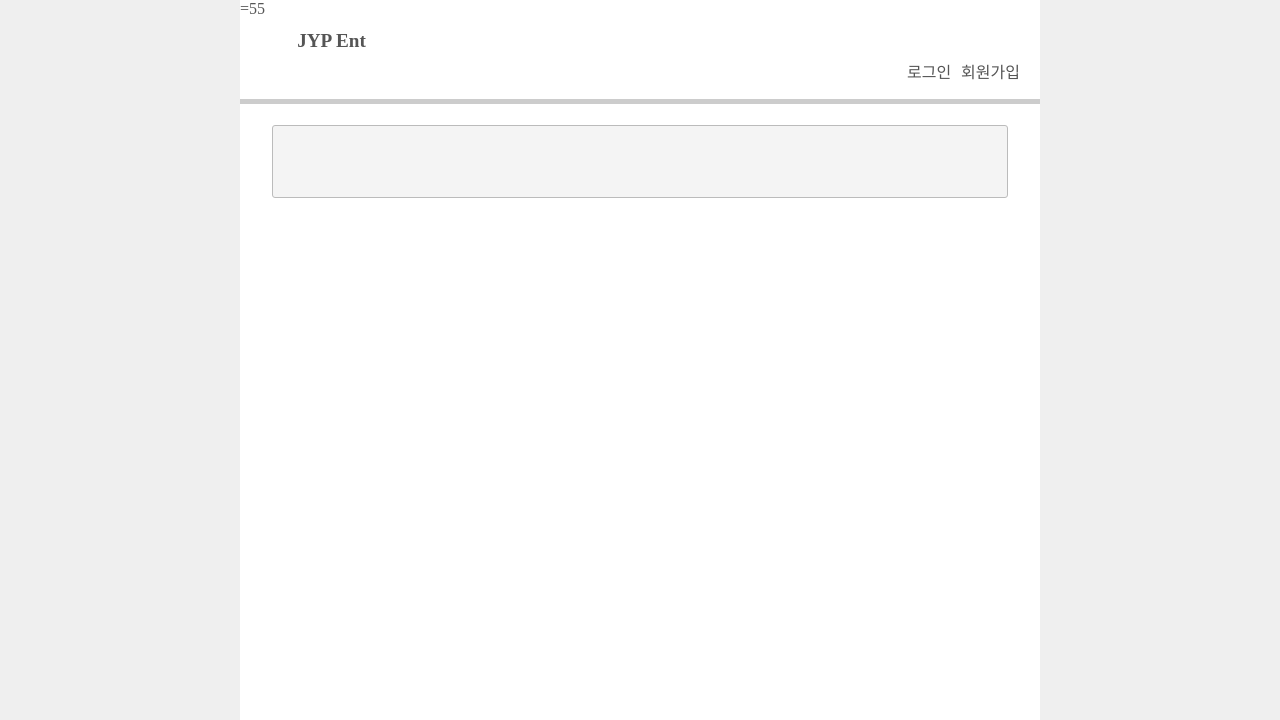
Repository: junyong231/JSP-SSIT
Page: http://localhost/jspPro/days01/ex03_04.jsp
An editor plug-in stored every save of this project. The page is shown before and after a run of saves, followed by the edit.
The browser window is 1280 px wide. The pictures show the whole page.
Some web fonts or font styles are not loaded; a fallback is used. The page is served by Tomcat 9. Nobody is signed in. The application's start-up code is not run. Other server files are loaded and not shown.

Above is the page before, as saved 2024-10-15 06:09:57.

### jspPro/src/main/webapp/days01/ex03_04.jsp
<%@ page contentType="text/html; charset=UTF-8" pageEncoding="UTF-8"%>


<%

String content = "";

int sum = 0;
for(int i = 1; i<=10 ; i++ ){
	sum += i;
	//out.write(i+"+");
	//out은 내장객체..

	content += i + "+";
}
out.write("=" + sum);

%>

<!DOCTYPE html>
<html>
<head>
<meta charset="UTF-8">
<title>Insert title here</title>
<link rel="shortcut icon" type="image/x-icon" href="http://localhost/jspPro/images/SiSt.ico">
<script src="https://ajax.googleapis.com/ajax/libs/jquery/3.7.1/jquery.min.js"></script>
<meta name="viewport" content="width=device-width, initial-scale=1.0">
<meta name="google" content="notranslate">
<link rel="stylesheet" href="http://localhost/jspPro/resources/cdn-main/example.css">
<script src="http://localhost/jspPro/resources/cdn-main/example.js"></script>
<style>
 span.material-symbols-outlined{
    vertical-align: text-bottom;
 }
</style>
</head>
<body>
<header>
  <h1 class="main"><a href="#" style="position: absolute;top:30px;">JYP Ent</a></h1>
  <ul>
    <li><a href="#">로그인</a></li>
    <li><a href="#">회원가입</a></li>
  </ul>
</header>
<div>
  <xmp class="code">

  </xmp>
    <p id="demo">


  </p>
</div>
</body>
</html>

### jspPro/src/main/webapp/resources/cdn-main/example.css
@charset "UTF-8";

@import url('https://fonts.googleapis.com/css2?family=Material+Symbols+Outlined:opsz,wght,FILL,GRAD@20..48,100..700,0..1,-50..200');

@font-face {
    font-family: 'GmarketSansMedium';
    src: url('https://cdn.jsdelivr.net/gh/projectnoonnu/noonfonts_2001@1.1/GmarketSansMedium.woff') format('woff');
    font-weight: normal;
    font-style: normal;
}

:root {
	--text-color: #555;
	--sub-text-color: #777;
	--back-color: #EFEFEF;
	--header-color: #444;
	--primary-color: #DEDEDE;
	--secondary-color: #EFEFEF;
	--default-width: 800px;
	--narrow-width: 500px;
	--wide-width: 1200px;
	--text-font: 'GmarketSansMedium';
	--icon-font: 'Material Symbols Outlined';
	--border-color: #CCC;
}

html, body {
	margin: 0;
	padding: 0;
}

html {
	background-color: var(--back-color);
	display: flex;
	justify-content: center;
	min-height: 100vh;
}

body, body.default {
	width: var(--default-width);
	background-color: white;
	padding-bottom: 120px;
}

body.wide {
	width: var(--wide-width);
}

body.narrow {
	width: var(--narrow-width);
}



body, p, div, span, a, input, select, option, textarea, button, table, th, td, label, fieldset, legend {
	font-family: var(--text-font);
	color: var(--text-color);
}

h1, h2, h3 {
	font-family: var(--text-font);
	color: var(--header-color);
	padding: 0 1rem;
	padding-top: .5rem;
}

div > h1, div > h2, div > h3 {
	padding: 0;
}

body > div, body > main > div {
	padding: 0.3rem 1rem;
}


h1 { font-size: 2rem; border-bottom: 1px solid var(--border-color); }
h1 small { font-size: 1.2rem; color: var(--sub-text-color); }
h2 { font-size: 1.5rem; border-bottom: 1px dashed var(--border-color); }
h2 small { font-size: 1.1rem; color: --sub-text-color; }
h3 { font-size: 1.2rem; }
h3 small { font-size: 1rem; color: --sub-text-color; }



h1.main::before {
	font-family: var(--icon-font);
  	content: '\e666';
  	margin-right: 10px;
  	float: left;
	font-size: 2.5rem;
}

h1.sub::before {
	font-family: var(--icon-font);
  	content: '\ea19';
  	margin-right: 10px;
  	float: left;
	font-size: 2.5rem;
}


h1.page::before {
	font-family: var(--icon-font);
  	content: '\e0e0';
  	margin-right: 10px;
  	float: left;
	font-size: 2.5rem;
}

body > header > ul > li > .active{
	background-color: #FFF;
	color:#F00;
}

body > header {
	display: flex;
	justify-content: space-between;
	border-bottom: 5px solid var(--border-color);
	min-height: 74px;
	background-color: #FFF;
}

body > header.sticky {
	position: sticky;
	top: 0;
	z-index: 98;
}

body > header > h1 {
	font-size: 1.2rem;
	border: 0;
}

body > header.in > h1::before {
	font-family: var(--icon-font);
  	content: '\e332‥';
  	margin-right: 3px;
  	float: left;
	font-size: 2rem;
}


body > header > ul {
	list-style-type: none;
	display: flex;
	align-items: flex-end;
	margin-right: 10px;
}

body > header > ul > li {
	margin-right: 10px;
	cursor: pointer;
}

body > header > ul > li > a {
	cursor: pointer;
}


form {
	display: block;
}

form > div {
	padding: 0.3rem 1rem;
}

div > form > div {
	padding: 0.3rem 0;
}

input, textarea, button, select {
	border: 1px solid #BBB;
	border-radius: 3px;
	outline: none;
	resize: none;
	padding: 7px;
	margin: 0;
}

input[type=text]:read-only, textarea:read-only {
	cursor: not-allowed;
	background-color: #FFF;
}

input[type=text]:disabled, textarea:disabled {
	cursor: not-allowed;
	background-color: #EEE;
}

input[type=text], input[type=password], textarea, button, select {
	/* width: 300px; */
}

textarea {
	display: block;
	height: 100px;
}

input[type=button], input[type=submit], button {
	/* width: inherit; */
}

input.short, textarea.short, button.short, select.short {
	width: 100px;
}

input.long, textarea.long, button.long, select.long {
	width: 350px;
}

.narrow input.long, .narrow textarea.long, .narrow button.long, .narrow select.long {
	width: calc(100% - 20px);
}

input.full, textarea.full, button.full, select.full {
	width: calc(100% - 20px);
}

textarea.short {
	height: 50px;
}

textarea.long {
	height: 100px;
}

textarea.full {
	height: 200px;
}

input, textarea {
	padding-top: 8px;
}

input[type=button], input[type=submit], button {
	padding: 5px 10px;
	background-color: var(--secondary-color);
	cursor: pointer;
	min-height: 36px;
}

input[type=button].primary, input[type=submit].primary, button.primary {
	/* background-color: rgba(100, 149, 237, .2); */
	background-color: var(--primary-color);
}

input[type=button].primary:hover, input[type=submit].primary:hover, button.primary:hover {
	/* background-color: rgba(100, 149, 237, .3); */
	background-color: var(--secondary-color);
}

input[type=button]:hover, input[type=submit]:hover, button:hover {
	background-color: var(--primary-color);
}

button {
	position: relative;
	left: 0;
	top: 0;
	padding-left: 35px;
}

button .material-symbols-outlined {
	position: absolute;
	left: 10px;
	top: 4px;
}

/* k2nik add */
button.login::before {
	font-family: var(--icon-font);
  	content: '\ea77';
	position: absolute;
	left: 11px;
	top: 4px;
	font-size: 1.25rem;
}

/* k2nik logout */
button.logout::before {
	font-family: var(--icon-font);
  	content: '\e9ba';
	position: absolute;
	left: 11px;
	top: 4px;
	font-size: 1.25rem;
}

/* k2nik help */
button.help::before {
	font-family: var(--icon-font);
  	content: '\f1c0';
	position: absolute;
	left: 11px;
	top: 4px;
	font-size: 1.25rem;
}

button.add::before{
	font-family: var(--icon-font);
  	content: '\e746';
	position: absolute;
	left: 11px;
	top: 4px;
	font-size: 1.25rem;
}

button.back::before {
	font-family: var(--icon-font);
  	content: '\e166';
	position: absolute;
	left: 11px;
	top: 4px;
	font-size: 1.25rem;
}

button.list::before {
	font-family: var(--icon-font);
  	content: '\e0ee';
	position: absolute;
	left: 11px;
	top: 4px;
	font-size: 1.25rem;
}


button.del::before {
	font-family: var(--icon-font);
  	content: '\e872';
	position: absolute;
	left: 11px;
	top: 4px;
	font-size: 1.25rem;
}


button.edit::before {
	font-family: var(--icon-font);
  	content: '\e745';
	position: absolute;
	left: 11px;
	top: 4px;
	font-size: 1.25rem;
}


button.login::before {
	font-family: var(--icon-font);
  	content: '\ea77';
	position: absolute;
	left: 11px;
	top: 4px;
	font-size: 1.25rem;
}


button.logout::before {
	font-family: var(--icon-font);
  	content: '\e9ba';
	position: absolute;
	left: 11px;
	top: 4px;
	font-size: 1.25rem;
}


button.in::before {
	font-family: var(--icon-font);
  	content: '\f71a';
	position: absolute;
	left: 11px;
	top: 4px;
	font-size: 1.25rem;
}


button.out::before {
	font-family: var(--icon-font);
  	content: '\f70e';
	position: absolute;
	left: 11px;
	top: 4px;
	font-size: 1.25rem;
}


button.reply::before {
	font-family: var(--icon-font);
  	content: '\e15e';
	position: absolute;
	left: 11px;
	top: 4px;
	font-size: 1.25rem;
}


button.comment::before {
	font-family: var(--icon-font);
  	content: '\e0b9';
	position: absolute;
	left: 11px;
	top: 4px;
	font-size: 1.25rem;
}


button.modal::before {
	font-family: var(--icon-font);
  	content: '\e89e';
	position: absolute;
	left: 11px;
	top: 4px;
	font-size: 1.25rem;
}


button.ok::before {
	font-family: var(--icon-font);
  	content: '\e86c';
	position: absolute;
	left: 11px;
	top: 4px;
	font-size: 1.25rem;
}


button.cancel::before {
	font-family: var(--icon-font);
  	content: '\e5c9';
	position: absolute;
	left: 11px;
	top: 4px;
	font-size: 1.25rem;
}

button.search::before {
	font-family: var(--icon-font);
  	content: '\e8b6';
	position: absolute;
	left: 11px;
	top: 4px;
	font-size: 1.25rem;
}

button.home::before {
	font-family: var(--icon-font);
  	content: '\e88a';
	position: absolute;
	left: 11px;
	top: 4px;
	font-size: 1.25rem;
}


button.sidebar::before {
	font-family: var(--icon-font);
  	content: '\f7e4';
	position: absolute;
	left: 11px;
	top: 4px;
	font-size: 1.25rem;
}


button.sidebar-right::before {
	font-family: var(--icon-font);
  	content: '\f7e5';
	position: absolute;
	left: 11px;
	top: 4px;
	font-size: 1.25rem;
}




button::before {
	font-family: var(--icon-font);
  	content: '\e323';
	position: absolute;
	left: 11px;
	top: 4px;
	font-size: 1.25rem;
}


table {
	border-collapse: collapse;
	margin: 1rem;
	box-sizing: border-box;
	width: calc(100% - 32px);
}

table.content {
	width: auto;
}

div > table {
	margin: 0;
}

table th, table td {
	border: 1px solid var(--border-color);
	padding: 7px;
	font-weight: normal;
}

table th {
	background-color: var(--back-color);
}

table.vertical th {
	width: 150px;
}

table.vertical td {
	width: calc(100% - 182px);
	padding-left: 10px;
}

table.content td, table.content th {
	width: auto;
}

body.narrow table.vertical th {
	width: 100px;
}

body.narrow table.vertical td {
	width: calc(100% - 182px);
}


table + table {
	margin-top: 30px;
}


p {
	padding: 0 1rem;
}

a {
	text-decoration: none;
}

a:hover {
	color: rgba(255, 99, 71, .7);
}

hr {
	border: 0;
	border-top: 1px solid var(--border-color);
	margin: 2rem 0;
}

.message {
	border: 1px solid var(--border-color);
	background-color: #EFEFEF;
	margin: 1rem;
	width: auto;
	padding-top: 10px;
	padding-bottom: 10px;
	font-size: 14px;
}

.message[title]::before {
	content: attr(title);
	display: block;
	border-bottom: 1px solid var(--border-color);
	padding-bottom: 5px;
	margin-bottom: 10px;
	margin-top: 7px;
}

.message.short {
	max-width: 250px;
}

.message.long {
	max-width: 500px;
}

.badge {
	float: right;
	font-size: .8rem;
	margin-top: 2px;
	margin-right: 2px;
	text-shadow: 0 0 7px gray;
}

.badge.left {
	float: none;
	margin-left: 2px;
}

.badge.right {
	float: right;
}

.badge.red {
	border-radius: 50%;
	padding: 2px 5px;
	background-color: rgb(255, 99, 71, .3);
}

.badge.yellow {

	border-radius: 50%;
	padding: 2px 5px;
	background-color: rgb(255, 215, 0, .5);
}

.badge.blue {
	border-radius: 50%;
	padding: 2px 5px;
	background-color: rgb(100, 149, 237, .3);
}

label + label {
	margin-left: 7px;
}

label input[type=checkbox], label input[type=radio] {
	transform: translate(0, 1px);
}

.group {
	display: flex;
}

.modal-content .group {
	margin-bottom: .5rem;
}

.group label {
	border: 1px solid #BBB;
	border-radius: 3px;
	outline: none;
	resize: none;
	padding: 7px 14px;
	margin: 0;
	border-top-right-radius: 0;
	border-bottom-right-radius: 0;
	background-color: #EFEFEF;
	white-space: nowrap;
	font-size: 14px;
}

.group input[type=text] {
	margin-left: -1px;
	border-top-left-radius: 0;
	border-bottom-left-radius: 0;
}

.group select {
	margin-left: -1px;
	border-top-left-radius: 0;
	border-bottom-left-radius: 0;
}

.group input.full[type=text] {
	margin-left: -1px;
	border-top-left-radius: 0;
	border-bottom-left-radius: 0;
	width: 100%;
}

.group input[type=button]:first-child, .group button:first-child {
	border-top-left-radius: 3px;
	border-bottom-left-radius: 3px;
	margin-left: 0px;
}

.group input[type=button], .group button {
	border-radius: 0;
	margin-left: -1px;
}

.group input[type=button]:last-child, .group button:last-child {
	margin-left: -1px;
	border-top-right-radius: 3px;
	border-bottom-right-radius: 3px;
}

.seperate {
	display: flex;
	justify-content: space-between;
}

div.list {
	width: max-content;
	margin: 1rem;
	border: 1px solid #BBB;
	border-radius: 3px;
	padding: 0;
}

div.list.full {
	width: auto;
	display: block;
	margin: 1rem;
	border: 1px solid #BBB;
	border-radius: 3px;
	padding: 0;
}

div.list > div {
	padding: .5rem 1rem;
	margin: 0;
	border-bottom: 1px solid #BBB;
}

div.list > div:last-child {
	border-bottom: 0;
}

pre.code , xmp.code{
	font-family: consols;
	background-color: rgba(150, 150, 150, .1);
	border: 1px solid #BBB;
	border-radius: 3px;
	padding: .5rem 1rem;
	padding-bottom: .6rem;
	margin: 1rem;
}




*[data-modal-window] {
	position: fixed;
	background-color: rgba(0, 0, 0, .3);
	left: 0;
	top: 0;
	display: none;
	justify-content: center;
	align-items: flex-start;
	width: 100%;
	min-height: 100vh;
	z-index: 100;
	opacity: 0;
	transition: 500ms all;
}

*[data-modal-window] .modal-container {
	border-radius: 5px;
	padding: 1rem;
	padding-bottom: .5rem;
	margin-top: -500px;
	opacity: 0;
	width: 500px;
	background-color: #FFF;
	margin-right: 2rem;
	transition: 500ms all;
}

*[data-modal-size=content] .modal-container {
	width: auto;
}

*[data-modal-size=narrow] .modal-container {
	width: 300px;
}

*[data-modal-size=wide] .modal-container {
	width: 760px;
}


*[data-modal-window] .modal-header {
	border-bottom: 1px solid var(--border-color);
	padding: 2px 5px;
}

*[data-modal-window] .modal-content {
	padding: 1rem 5px;
}

*[data-modal-window] .modal-content div:last-child {
	margin-top: 1rem;
	text-align: right;
}



*[data-sidebar-window] {
	position: fixed;
	background-color: #FFF;
	left: 0;
	top: 0;
	display: block;
	width: 300px;
	border-right: 1px solid var(--border-color);
	box-sizing: border-box;
	box-shadow: 0 0 3px var(--back-color);
	min-height: 100vh;
	z-index: 99;
	transform: translate(-300px, 0);
	transition-duration: 500ms;
	transition-property: transform;
}

*[data-sidebar-direction=right] {
	left: auto;
	right: 0;
	transform: translate(300px, 0);
	border-left: 1px solid var(--border-color);
}

*[data-sidebar-size=wide] {
	width: 500px;
	transform: translate(-500px, 0);
}

*[data-sidebar-window] .sidebar-title {
	border-bottom: 1px solid var(--border-color);
	margin-top: 20px;
	margin-bottom: 20px;
	padding-bottom: 5px;
	display: flex;
	justify-content: space-between;
}

*[data-sidebar-window] .sidebar-title span:last-child {
	cursor: pointer;
}


/* K2Nik pagination */
.center {
  text-align: center;
}

.pagination {
  display: inline-block;
}

.pagination a {
  color: black;
  float: left;
  padding: 3px 6px;
  text-decoration: none;
  transition: background-color .3s;
  border: 1px solid #ddd;
  margin: 0 3px;
}

.pagination a.active {
  background-color: #4CAF50;
  color: white;
  border: 1px solid #4CAF50;
}

.pagination a:hover:not(.active) {background-color: #ddd;}

### jspPro/src/main/webapp/resources/cdn-main/example.js

window.onload = () => {

    const list = document.querySelectorAll('input, textarea');

    list.forEach(item => {
        item.setAttribute('autocomplete', 'off');
    });


    const modal_btn_list = document.querySelectorAll('*[data-modal-button]');

    modal_btn_list.forEach(item => {
        item.onclick = function() {

            const name = this.dataset['modalButton'];
            const modal_window = document.querySelector('*[data-modal-window=' + name);

            const container = document.createElement('div');
            container.className = 'modal-container';



            const modal_header = document.createElement('div');
            modal_header.textContent = modal_window.dataset['modalTitle'];
            modal_header.className = 'modal-header';
            container.appendChild(modal_header);

            const modal_content = document.createElement('div');
            modal_content.className = 'modal-content';
            container.appendChild(modal_content);

            Array.from(modal_window.childNodes).forEach(item => {
                modal_content.appendChild(item);
            });

            modal_window.appendChild(container);

            modal_window.style.display = 'flex';

            setTimeout(() => {
                modal_window.style.opacity = 1;
                container.style.marginTop = '20px';
                container.style.opacity = 1;
            }, 50);


            const modal_ok = document.querySelector('*[data-modal-ok=' + name);
            modal_ok.addEventListener('click', function() {
                modal_window.style.opacity = 0;
                container.style.marginTop = '-500px';
                container.style.opacity = 0;

                setTimeout(() => {
                    modal_window.innerHTML = modal_content.innerHTML;
                    modal_window.style.display = 'none';
                }, 500);

            });

            const modal_cancel = document.querySelector('*[data-modal-cancel=' + name);
            modal_cancel.addEventListener('click', function() {

                modal_window.style.opacity = 0;
                container.style.marginTop = '-500px';
                container.style.opacity = 0;

                setTimeout(() => {
                    modal_window.innerHTML = modal_content.innerHTML;
                    modal_window.style.display = 'none';
                }, 500);
            });


        };
    });


    const sidebar_btn_list = document.querySelectorAll('*[data-sidebar-button]');

    sidebar_btn_list.forEach(item => {
        item.onclick = function() {



            const name = this.dataset['sidebarButton'];
            const sidebar_window = document.querySelector('*[data-sidebar-window=' + name);

            if (sidebar_window.style.transform == 'translate(0px, 0px)') return;



            sidebar_window.style.transform = 'translate(0, 0)';

            const sidebar_title = document.createElement('div');
            sidebar_title.className = 'sidebar-title';
            sidebar_title.innerHTML = '<span>' + sidebar_window.dataset['sidebarTitle'] + '</span><span class="material-symbols-outlined">close</span>';

            sidebar_title.children[1].onclick = function() {

                let sign = 1;
                let distance = 300;

                if (sidebar_window.dataset['sidebarDirection'] != 'right') {
                    sign = -1;
                } else {
                    sign = 1;
                }

                if (sidebar_window.dataset['sidebarSize'] != 'wide') {
                    distance = 300;
                } else {
                    distance = 500;
                }

                distance *= sign;

                sidebar_window.style.transform = 'translate(' + distance + 'px, 0)';

                setTimeout(function() {
                    sidebar_window.removeChild(sidebar_window.children[0]);
                }, 500);
            };


            sidebar_window.prepend(sidebar_title);

        }
    });

};

// window.onkeydown = function(event) {

//     if (event.keyCode == 27) {
//         if (document.querySelector('[data-modal-window').style.display == 'flex') {
//             document.querySelector('[data-modal-window').style.display = 'none';
//         }
//     }

// };

After the next 2 saves:
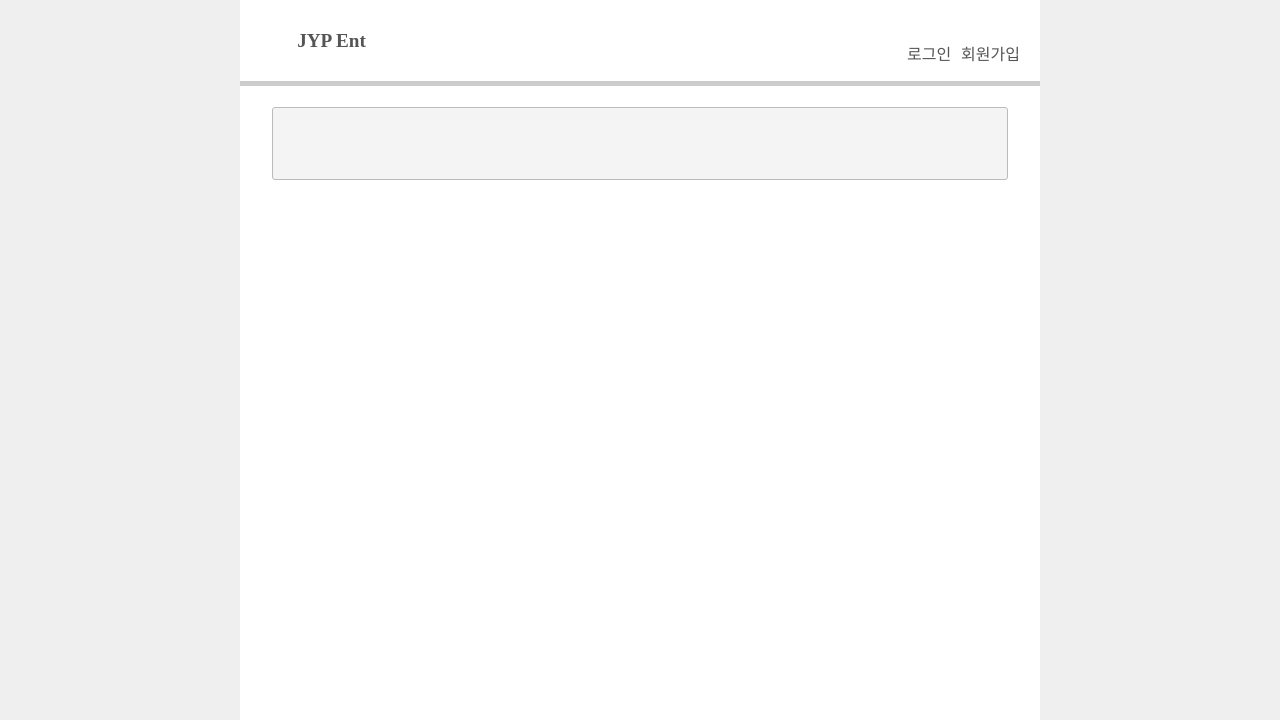
The 2 saves are shown as one change because 1 did not build or start.
The last was saved 32 s later.
--- a/jspPro/src/main/webapp/days01/ex03_04.jsp
+++ b/jspPro/src/main/webapp/days01/ex03_04.jsp
@@ -13,7 +13,8 @@
 
 	content += i + "+";
 }
-out.write("=" + sum);
+//out.write("=" + sum);
+content += "=" + sum;
 
 %>
 
